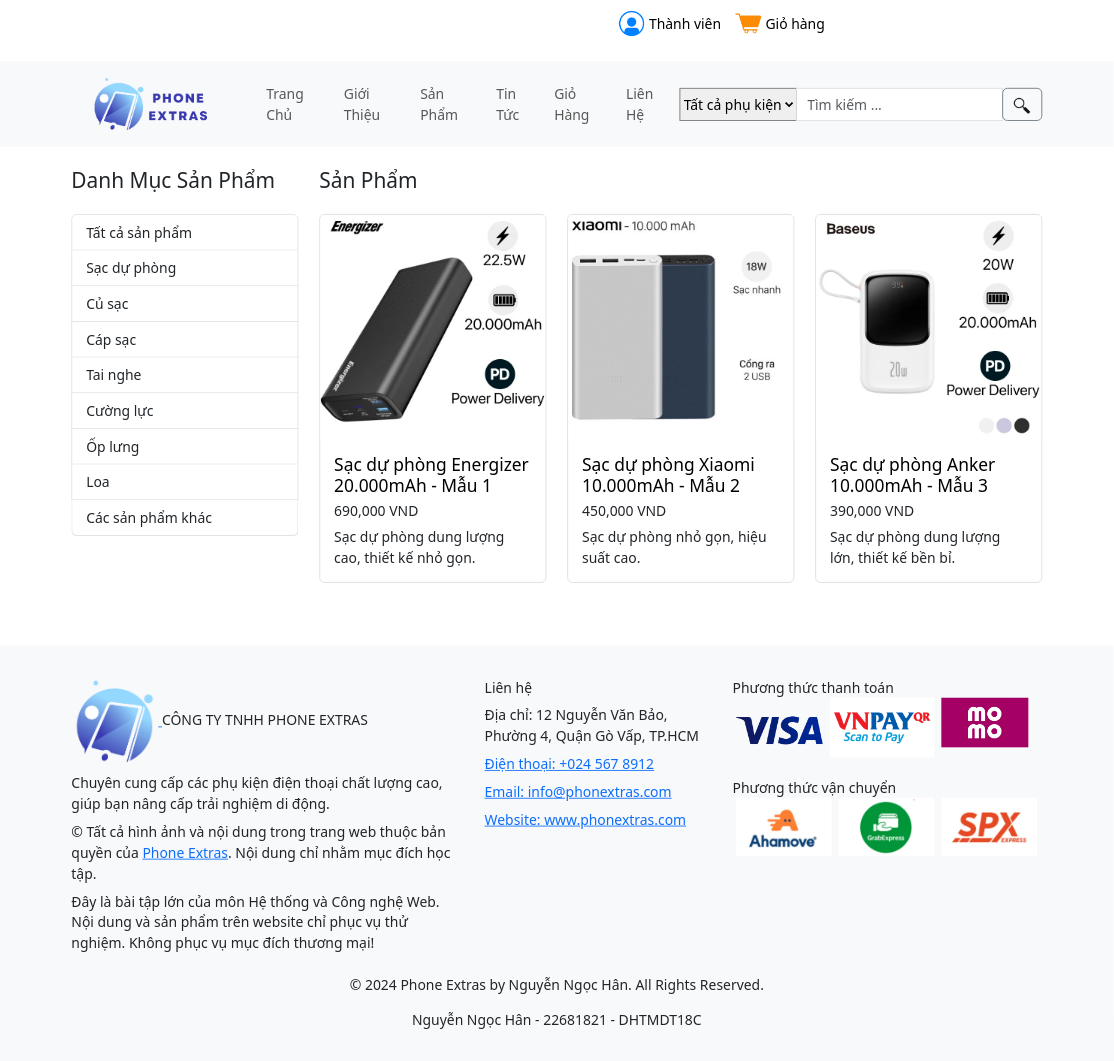
Repository: munnkawaii/BTL-PhoneExtras
Page: html/products.html
The author's editor kept a copy of each file at every save. The page is drawn from the files as they stood at one save, then again after the next save.
The browser window is 1280 px wide. The pictures show the whole page, at 87% of full size.

Above is the page before, as saved 2024-11-16 00:16:21.

After the next save:
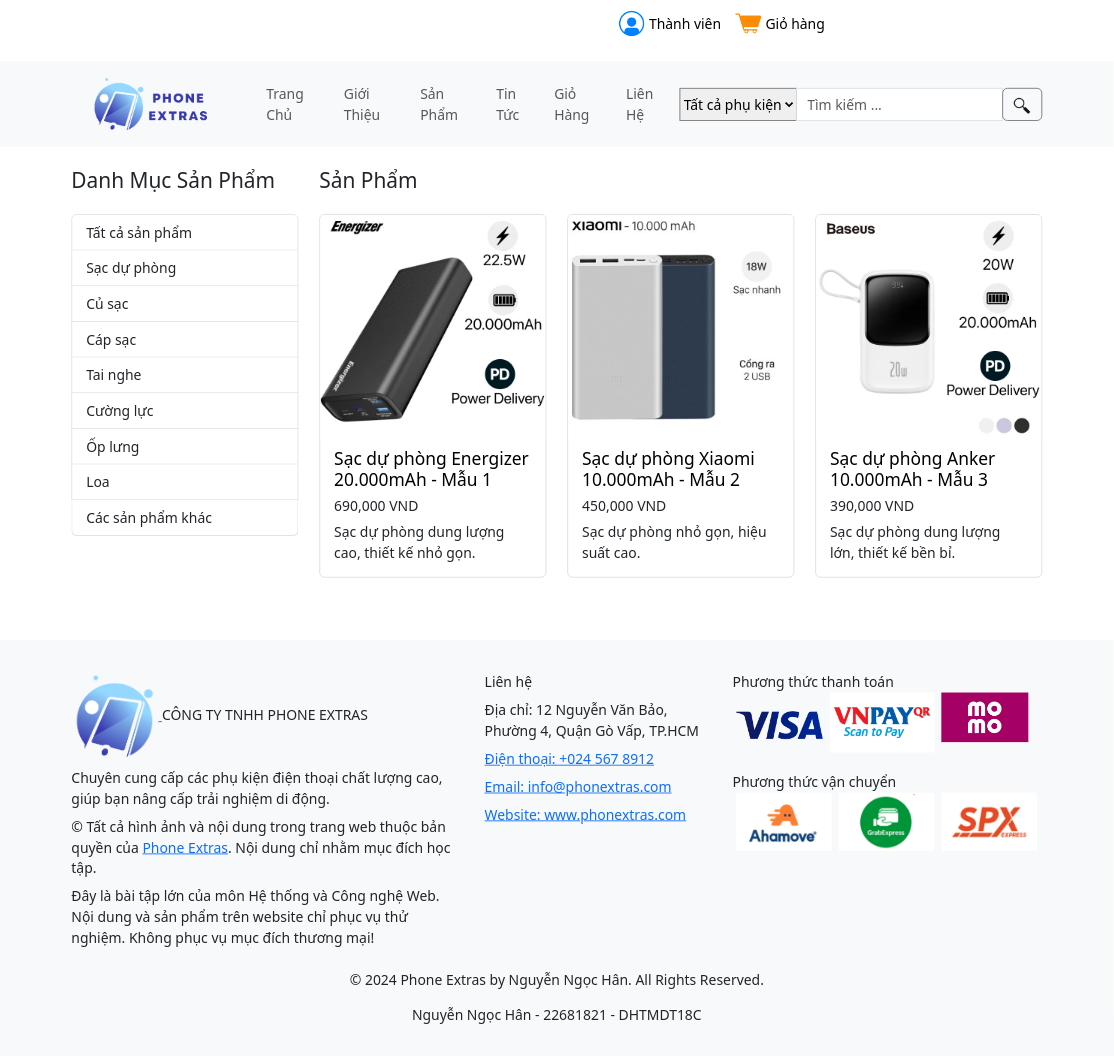
Saved 2 min 5 s later.
--- a/html/products.html
+++ b/html/products.html
@@ -26,6 +26,9 @@
         height: 280px;
 
     } */
+    .card-body {
+    padding-top: 10px; /* Khoảng cách giữa ảnh và phần body */
+}
 
     .card:hover .card-title a {
         color: gray;

After the save that followed:
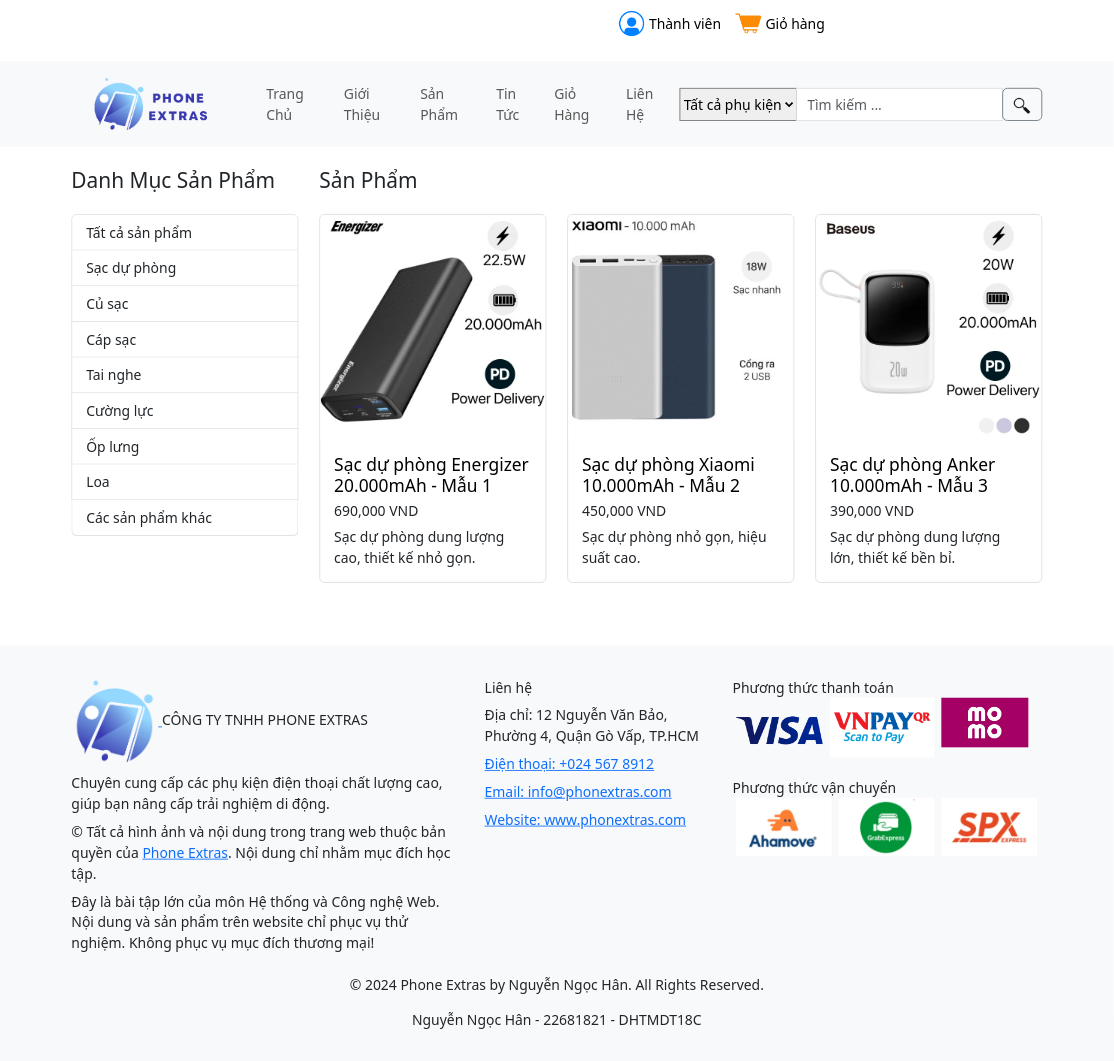
Saved 27 s later.
--- a/html/products.html
+++ b/html/products.html
@@ -26,9 +26,7 @@
         height: 280px;
 
     } */
-    .card-body {
-    padding-top: 10px; /* Khoảng cách giữa ảnh và phần body */
-}
+
 
     .card:hover .card-title a {
         color: gray;
